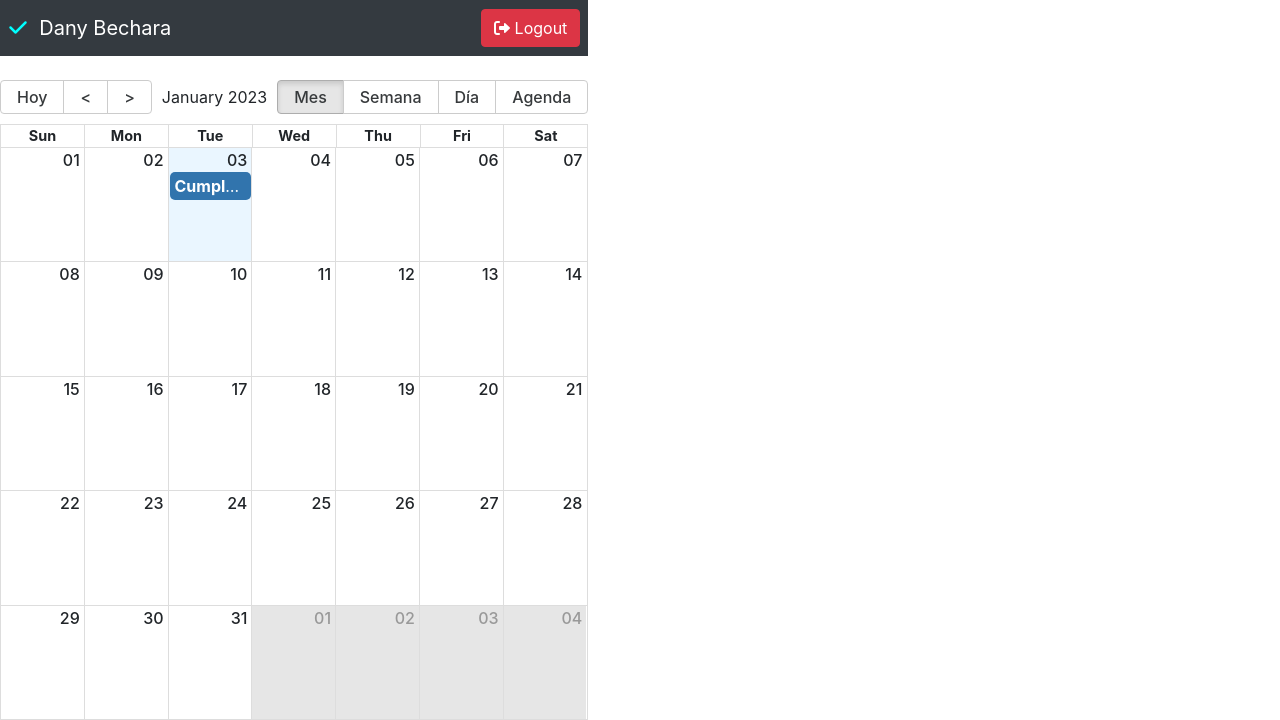
Repository: bechara611/calendar-frontend
Page: /
These files come from the project's save history. The page is drawn as it stood at one moment and after the next save; the edit follows.
The browser window is 1280 px wide. The pictures show the whole page.
An inner scrolling area shows only its first screen. The project was rebuilt for these pictures with package versions that can differ from the ones it lists, and the page was loaded fresh each time. Also part of the build but not shown: vite.config.js. Imported but missing from the stored project, and not drawn on this page: src/auth.

Above is the page before, as saved 2023-01-04 17:00:30.

After the next save:
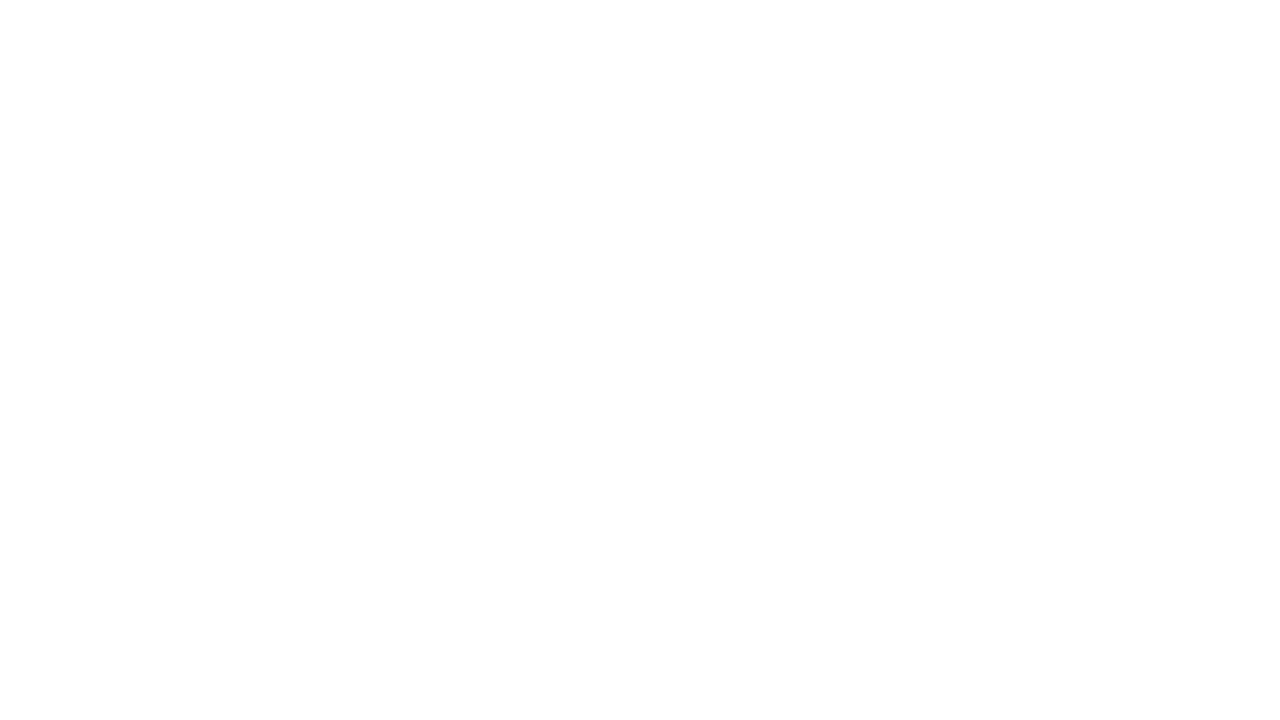
Console error: ReferenceError: useState is not defined
Saved 2 min 31 s later.
--- a/src/calendar/pages/CalendarPages.jsx
+++ b/src/calendar/pages/CalendarPages.jsx
@@ -56,11 +56,12 @@ const onViewChange = (evento) => {
 
 
 export const CalendarPages = () => {
-
+const [lastView, setlastView] = useState(localStorage.getItem('lastview')|| 'week')
   return (
     <>
       <NavBar></NavBar>
       <Calendar
+      view={lastView}
         localizer={localizer}
         events={events}
         startAccessor="start"

After the 2 saves that followed:
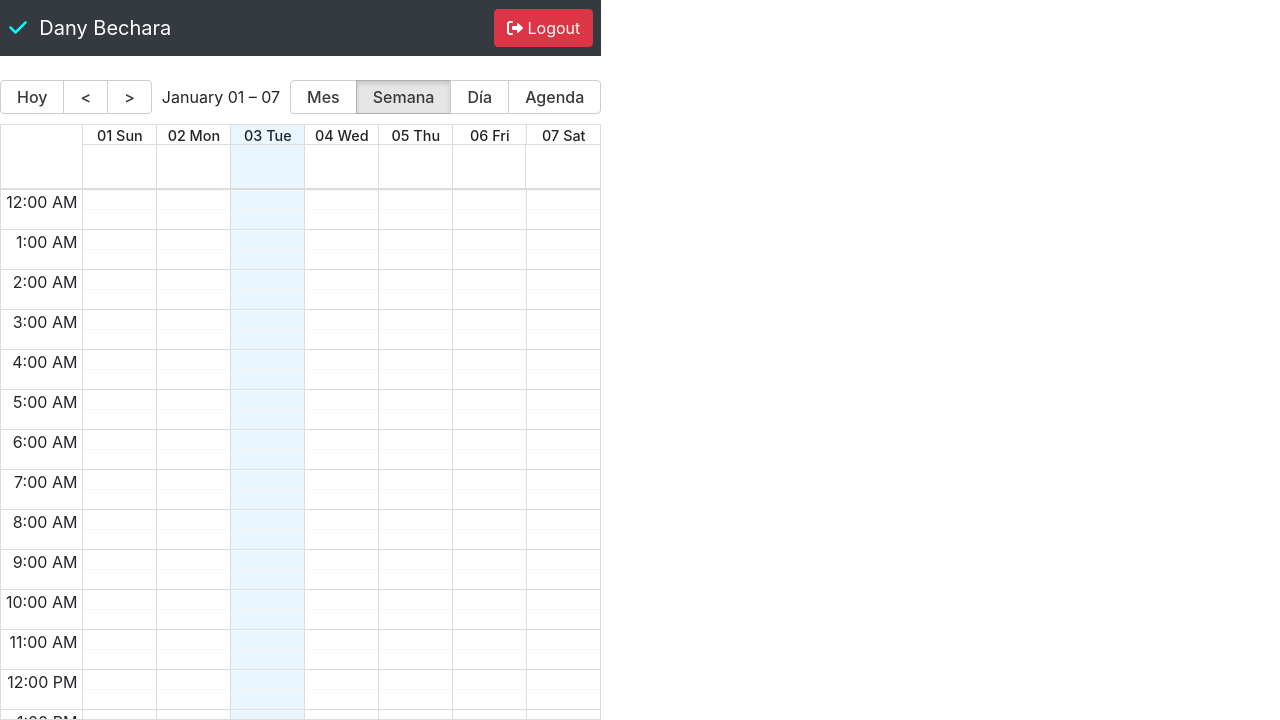
The error is gone.
The 2 saves are shown as one change because 1 left the picture as it was.
The last was saved 84 s later.
--- a/src/calendar/pages/CalendarPages.jsx
+++ b/src/calendar/pages/CalendarPages.jsx
@@ -1,7 +1,7 @@
 import { addHours } from 'date-fns'
 
 import 'react-big-calendar/lib/css/react-big-calendar.css'
-import React from 'react'
+import React, { useState } from 'react'
 import { Calendar } from 'react-big-calendar'
 import { NavBar } from '../components/NavBar'
 import { localizer } from '../../helpers/'
@@ -51,7 +51,8 @@ const onClick = (evento) => {
   console.log({ Click: evento })
 }
 const onViewChange = (evento) => {
-  console.log({ View: evento })
+
+  localStorage.setItem('lastview',evento)
 }
 
 
